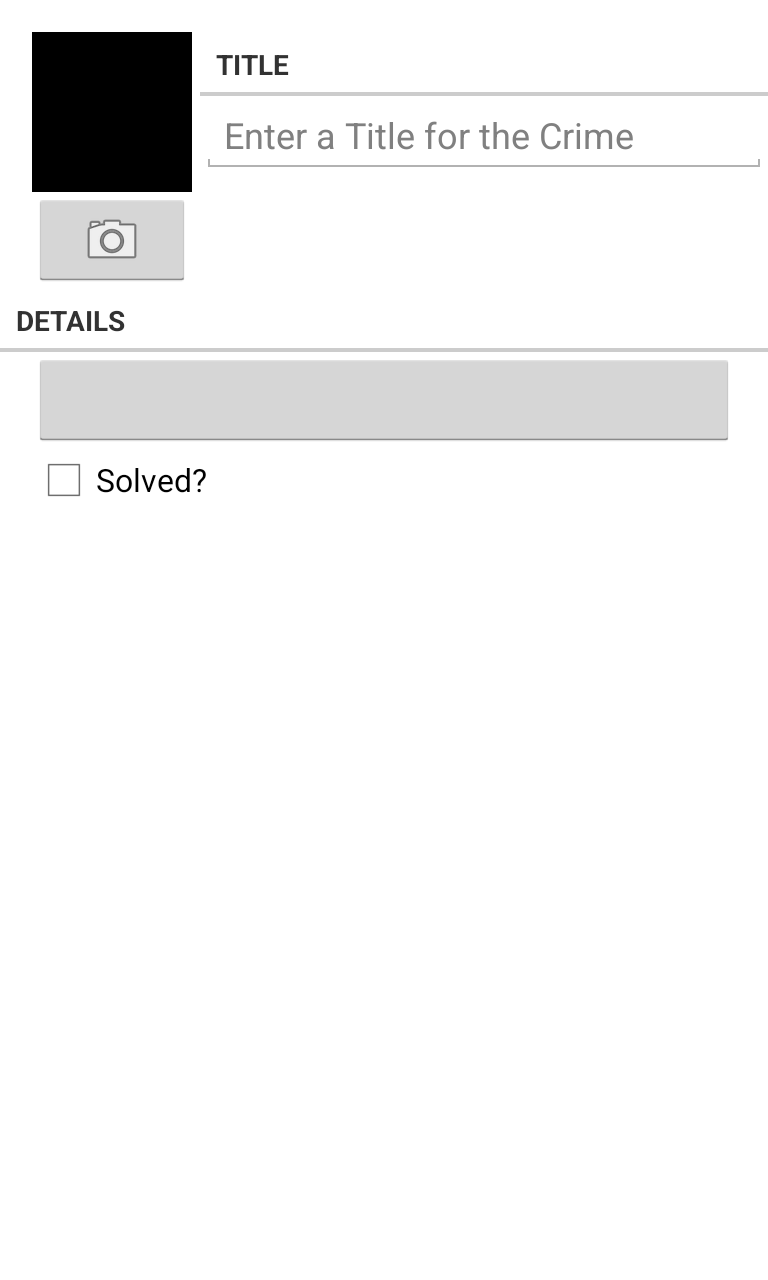
Repository: drice0331/CriminalIntent
Layout: CriminalIntent/res/layout/fragment_crime.xml
An editor plug-in stored every save of this project. The layout is shown before and after the next save, followed by the edit.
It is drawn on a 768 x 1280 px phone screen (xhdpi) without system bars, with theme AppTheme; the app's code is not run.

Above is the layout before, as saved 2014-11-19 22:53:41.

### CriminalIntent/res/layout/fragment_crime.xml
<?xml version="1.0" encoding="utf-8"?>
<LinearLayout xmlns:android="http://schemas.android.com/apk/res/android"
    android:layout_width="match_parent"
    android:layout_height="match_parent"
    android:orientation="vertical" >

    <LinearLayout
        android:layout_width="match_parent"
        android:layout_height="wrap_content"
        android:layout_marginLeft="16dp"
        android:layout_marginTop="16dp"
        android:orientation="horizontal" >

        <LinearLayout
            android:layout_width="wrap_content"
            android:layout_height="wrap_content"
            android:layout_marginRight="4dp"
            android:orientation="vertical" >

            <ImageView
                android:id="@+id/crime_imageView"
                android:layout_width="80dp"
                android:layout_height="80dp"
                android:scaleType="centerInside"
                android:background="@android:color/black"
                android:cropToPadding="true"/>

            <ImageButton
                android:id="@+id/crime_imageButton"
                android:layout_width="match_parent"
                android:layout_height="wrap_content"
                android:src="@android:drawable/ic_menu_camera" />
        </LinearLayout>

        <LinearLayout
            android:layout_width="wrap_content"
            android:layout_height="wrap_content"
            android:layout_weight="1"
            android:orientation="vertical" >

            <TextView
                style="?android:listSeparatorTextViewStyle"
                android:layout_width="match_parent"
                android:layout_height="wrap_content"
                android:text="@string/crime_title_label" />

            <EditText
                android:id="@+id/crime_title"
                android:layout_width="match_parent"
                android:layout_height="wrap_content"
                android:hint="@string/crime_title_hint" />
        </LinearLayout>
    </LinearLayout>

    <TextView
        style="?android:listSeparatorTextViewStyle"
        android:layout_width="match_parent"
        android:layout_height="wrap_content"
        android:text="@string/crime_details_label" />

    <Button
        android:id="@+id/crime_date"
        android:layout_width="match_parent"
        android:layout_height="wrap_content"
        android:layout_marginLeft="16dp"
        android:layout_marginRight="16dp" />

    <CheckBox
        android:id="@+id/crime_solved"
        android:layout_width="match_parent"
        android:layout_height="wrap_content"
        android:layout_marginLeft="16dp"
        android:layout_marginRight="16dp"
        android:text="@string/crime_solved_label" />

</LinearLayout>

### CriminalIntent/res/values/strings.xml
<resources>

    <string name="app_name">CriminalIntent</string>
    <string name="crimes_title">Crimes</string>
    <string name="title_activity_crime">CrimeActivity</string>
    <string name="crime_title_hint">Enter a Title for the Crime</string>
    <string name="crime_title_label">Title</string>
    <string name="crime_details_label">Details</string>
    <string name="crime_solved_label">Solved?</string>
    <string name="date_picker_title">Date of crime:</string>
    <string name="time_picker_title">Time of crime:</string>
    <string name="new_crime">New Crime</string>
    <string name="show_subtitle">Show Subtitle</string>
    <string name="hide_subtitle">Hide Subtitle</string>
    <string name="subtitle">If you see something, say something.</string>
    <string name="delete_crime">Delete</string>
    <string name="take">Take!</string>

</resources>

Loaded but not shown: CriminalIntent/res/values/styles.xml (common file); CriminalIntent/res/values-v11/styles.xml (common file); CriminalIntent/res/values-v14/styles.xml (common file)

After the next save:
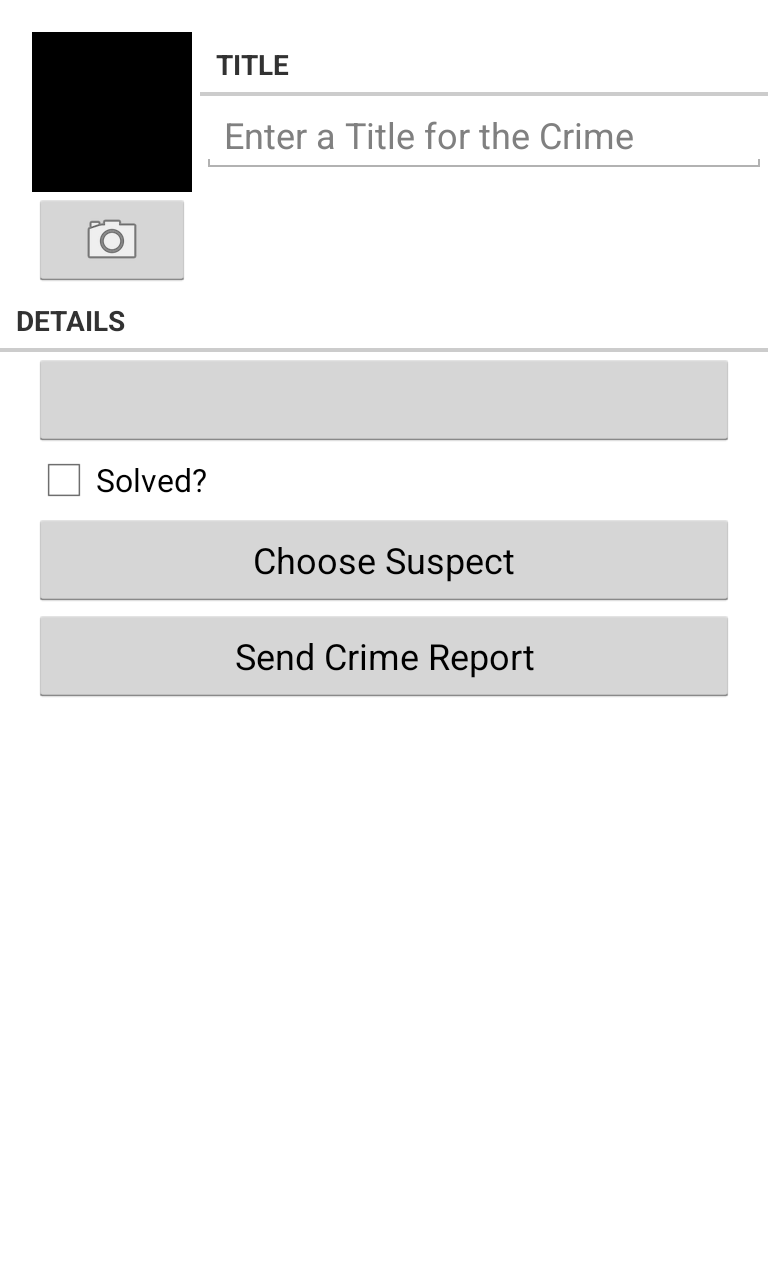
Saved 7 min 49 s later.
--- a/CriminalIntent/res/layout/fragment_crime.xml
+++ b/CriminalIntent/res/layout/fragment_crime.xml
@@ -73,4 +73,20 @@
         android:layout_marginRight="16dp"
         android:text="@string/crime_solved_label" />
 
+    <Button
+        android:id="@+id/crime_suspectButton"
+        android:layout_width="match_parent"
+        android:layout_height="wrap_content"
+        android:layout_marginLeft="16dp"
+        android:layout_marginRight="16dp"
+        android:text="@string/crime_suspect_text"/>
+
+    <Button
+        android:id="@+id/crime_reportButton"
+        android:layout_width="match_parent"
+        android:layout_height="wrap_content"
+        android:layout_marginLeft="16dp"
+        android:layout_marginRight="16dp"
+        android:text="@string/crime_report_text"/>
+
 </LinearLayout>
--- a/CriminalIntent/res/values/strings.xml
+++ b/CriminalIntent/res/values/strings.xml
@@ -15,5 +15,7 @@
     <string name="subtitle">If you see something, say something.</string>
     <string name="delete_crime">Delete</string>
     <string name="take">Take!</string>
+    <string name="crime_suspect_text">Choose Suspect</string>
+    <string name="crime_report_text">Send Crime Report</string>
 
 </resources>
